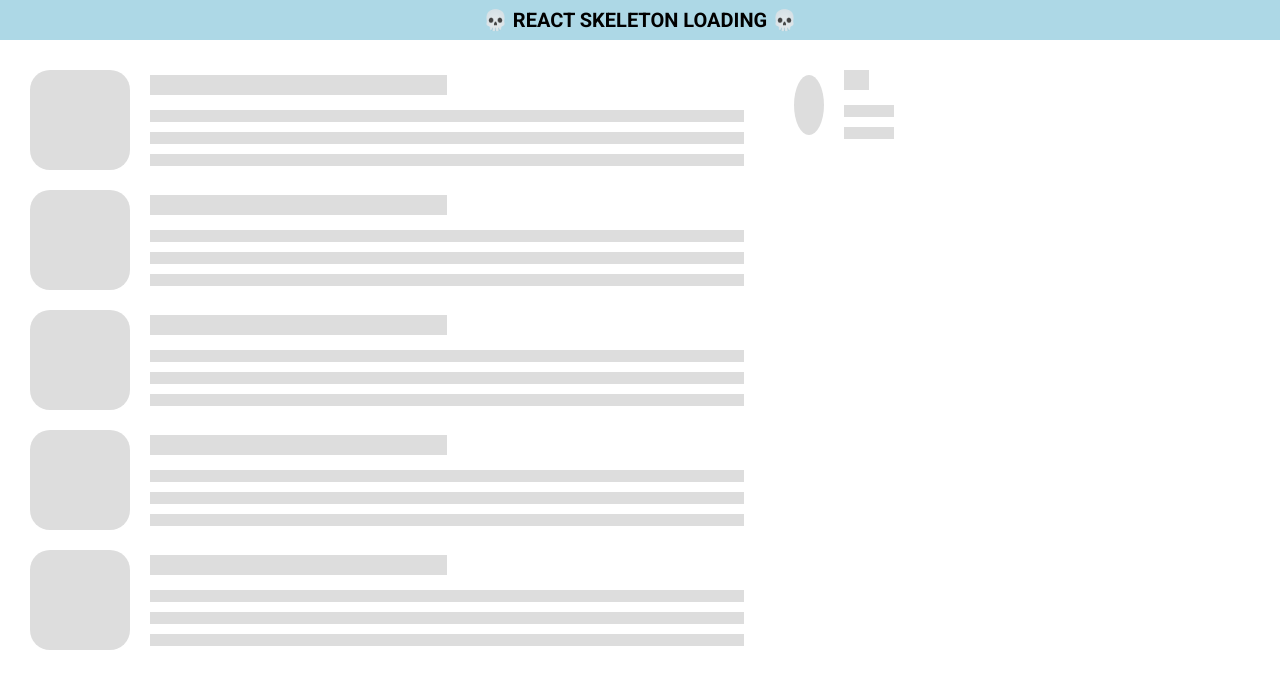
Repository: ethanJones21/React-Skeleton-Loading
Page: /
The author's editor kept a copy of each file at every save. The page is drawn from the files as they stood at one save, then again after the next save.
The browser window is 1280 px wide. The pictures show the whole page.
The page's requests for data from a server got no answer. The project was rebuilt for these pictures with package versions that can differ from the ones it lists, and the page was loaded fresh each time. No one was signed in, and anything a server would have sent is missing. Also part of the build but not shown: src/components/Post.css, src/components/Post.js.

Above is the page before, as saved 2020-11-26 03:24:57.

After the next save:
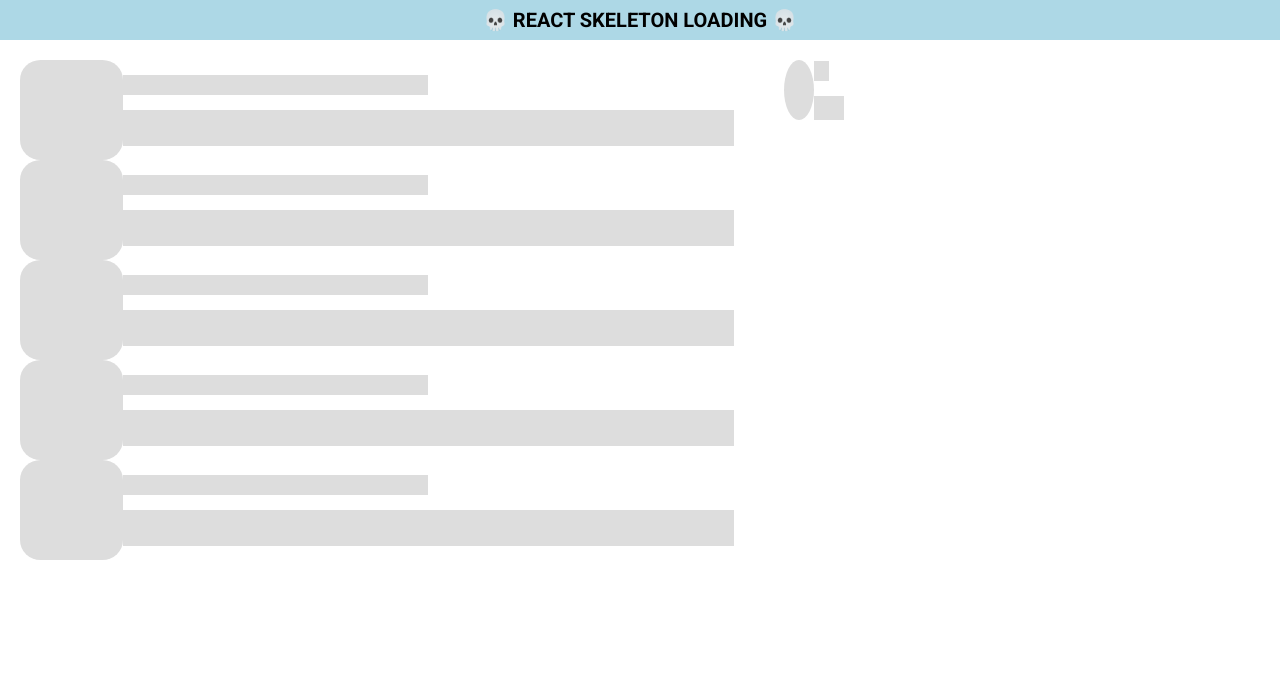
Saved 8 s later.
--- a/src/skeleton/Skeleton.css
+++ b/src/skeleton/Skeleton.css
@@ -1,7 +1,6 @@
 .skeleton {
   background: #ddd;
   overflow: hidden;
-  margin: 10px;
 }
 
 .skeleton.text {

After the save that followed:
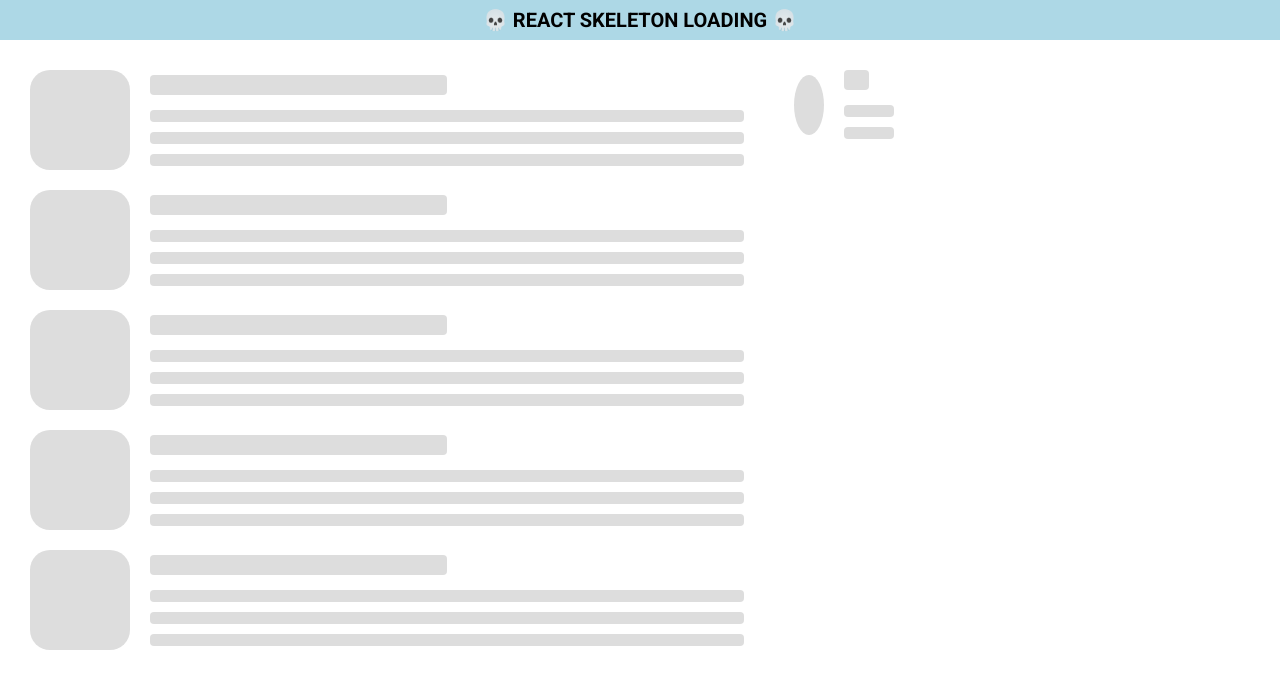
Saved 4 s later.
--- a/src/skeleton/Skeleton.css
+++ b/src/skeleton/Skeleton.css
@@ -1,6 +1,8 @@
 .skeleton {
   background: #ddd;
   overflow: hidden;
+  margin: 10px;
+  border-radius: 4px;
 }
 
 .skeleton.text {
